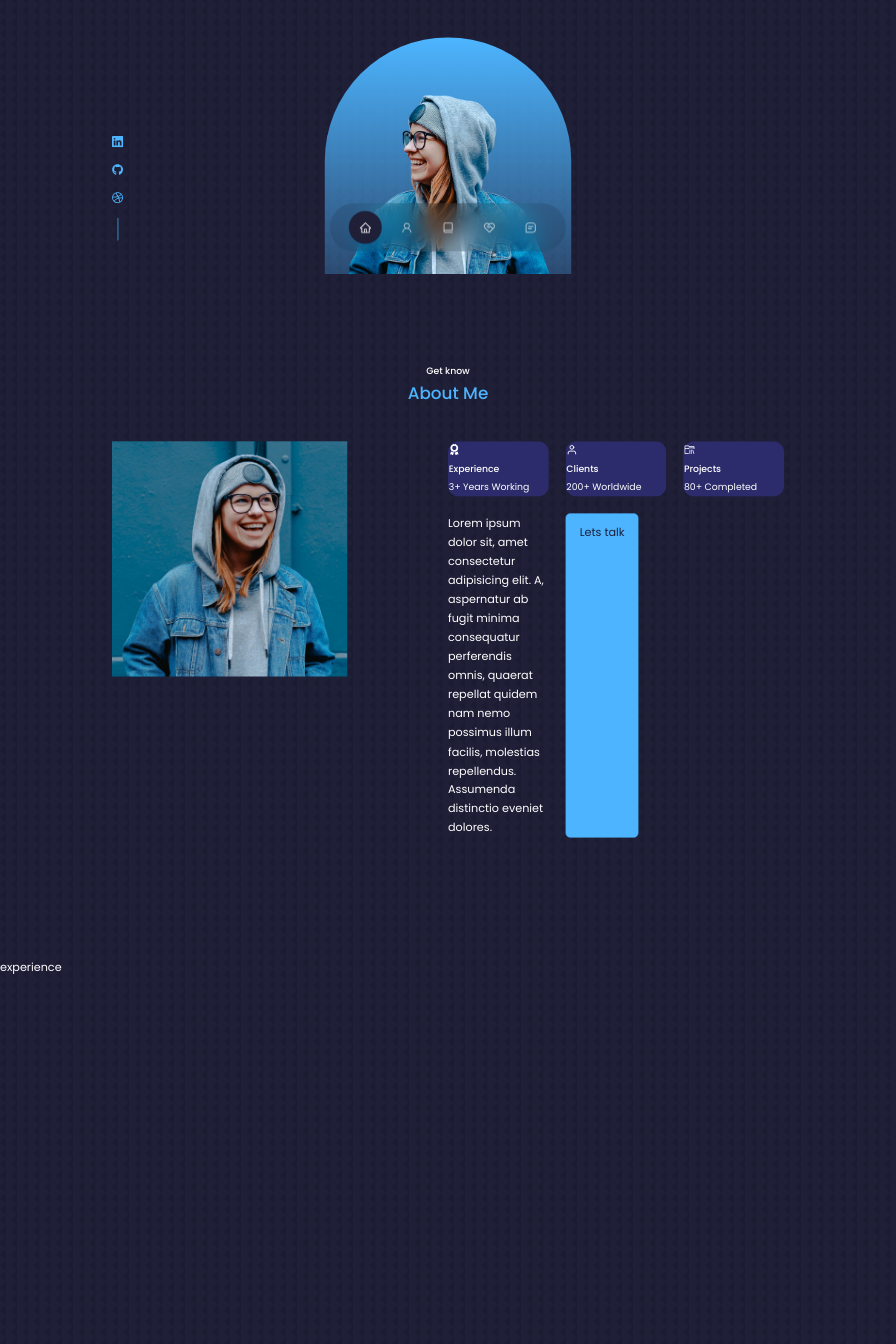
Repository: YuriSarmanho/Portifolio-
Page: / (app in portifolio/)
The author's editor kept a copy of each file at every save. The page is drawn from the files as they stood at one save, then again after a run of saves.
The browser window is 1280 px wide. The pictures show the part of the page from y = 329 to 2249 px (the page is 5835 px tall), at 70% of full size.
The project was rebuilt for these pictures with package versions that can differ from the ones it lists, and the page was loaded fresh each time. Also part of the build but not shown: portifolio/src/Components/Contact/Contact.css, portifolio/src/Components/Testimonials/Testimonials.css. Imported but missing from the stored project, and not drawn on this page: portifolio/src/assets/cv.pdf.

Above is the page before, as saved 2022-05-13 15:08:57.

### portifolio/public/index.html
<!DOCTYPE html>
<html lang="pt-br">
<head>
    <meta charset="UTF-8">
    <meta http-equiv="X-UA-Compatible" content="IE=edge">
    <meta name="viewport" content="width=device-width, initial-scale=1.0">
    <title>Yuri Sarmanho Monteiro</title>
</head>
<body>
    <div id="root"></div>
</body>
</html>

### portifolio/src/index.js
import ReactDOM from 'react-dom'
import App from './App'

ReactDOM.render(<App/>, document.querySelector("#root"))

### portifolio/src/App.jsx
import React from "react";
import './index.css'

import Header from "./Components/Header/Header";
import About from "./Components/About/About";
import Contact from "./Components/Contact/Contact";
import Experience from "./Components/Experience/Experience";
import Footer from "./Components/Footer/Footer";
import Nav from "./Components/Nav/Nav";
import Testimonials from "./Components/Testimonials/Testimonials";
import Service from "./Components/Service/Service";
import Portifolio from "./Components/Portifolio/Portifolio";



const App = () => {
  return (
    <>
      <Header />
      <Nav/>
      <About />
      <Experience/>
      <Service/>
      <Portifolio/>
      <Testimonials/>
      <Contact/>
      <Footer/>
    </>
  );
};

export default App;

### portifolio/src/index.css
@import url('https://fonts.googleapis.com/css2?family=Poppins:wght@300;400;500;600&display=swap');

* {
  margin: 0;
  padding: 0;
  border: 0;
  outline: 0;
  box-sizing: border-box;
  list-style: none;
  text-decoration: none;
}
:root {
  --color-bg: #1f1f38;
  --color-bg-variant: #2c2c6c;
  --color-primary: #4db5ff;
  --color-primary-variant: rgba(77, 181, 255, 0.4);
  --color-white: #fff;
  --color-light: rgba(255, 255, 255, 0.6);

  --transition: all 400ms ease;

  --container-width-lg: 75%;
  --container-width-md: 86%;
  --container-width-sm: 90%;
}
html {
  scroll-behavior: smooth;
}
::-webkit-scrollbar {
  display: none;
}

body {
  font-family: "Poppins", sans-serif;
  background-color: var(--color-bg);
  color: var(--color-white);
  line-height: 1.7;
  background-image: url(../src/assets/bg-texture.png);
}

.container {
  width: var(--container-width-lg);
  margin: 0 auto;
}

h1,
h2,
h3,
h4,
h5 {
  font-weight: 500;
}
h1 {
  font-size: 2.5rem;
}
section {
  margin-top: 8rem;
  height: 100vh;
}
section > h2,
section > h5 {
  text-align: center;
  color: var(--color-ligth);
}

section > h2 {
  color: var(--color-primary);
  margin-bottom: 3rem;
}

.text-light {
  color: var(--color-light);
}
a {
  color: var(--color-primary);
  transition: var(--transition);
}
a:hover{
    color: var(--color-white);
}
.btn{
    width: max-content;
    display: inline-block;
    color: var(--color-primary);
    padding: 0.75rem 1.2rem;
    border-radius: 0.4rem;
    cursor: pointer;
    border: 1px solid var(--color-primary);
    transition: var(--transition);
}

.btn:hover{
    background-color: var(--color-white);
    color: var(--color-bg);
    border: transparent;
}

.btn-primary{
    background-color: var(--color-primary);
    color: var(--color-bg);
}

img{
  display: block;
  width: 100%;
  object-fit: cover;
}

/*MEDIUM DEVICE*/
@media screen and (max-width:1024px){
    .container{
        width: var(--container-width-md);
    }
    section{
        margin-top: 6rem;
    }
}

/*SMALL DEVICE*/
@media screen and (max-width:600px){
    .container{
        width: var(--container-width-sm);
    }
    section > h2{
        margin-bottom: 2rem;
    }
}

### portifolio/src/Components/Header/Header.jsx
import React from 'react'
import CTA from './CTA'
import ME from '../../assets/me.png'
import HeaderSocials from './HeaderSocials'
import './Header.css'

const header = () => {
  return (
    <header>
      <div className="container header__container">
        <h5>Hello i'm</h5>
        <h1>Yuri Sarmanho Monteiro</h1>
        <h5 className="text-light">Frontend Developer</h5>
        <CTA />
        <HeaderSocials/>
        <div className="me">
          <img src={ME} alt="foto de perfil" />
        </div>
      </div>
    </header>
  )
}

export default header

### portifolio/src/Components/About/About.jsx
import React from "react";
import ME from "../../assets/me-about.jpg";
import { FaAward } from "react-icons/fa";
import { FiUser } from "react-icons/fi";
import { VscFolderLibrary } from "react-icons/vsc";
import "./About.css";

const About = () => {
  return (
    //refactor
    <section id="about">
      <h5>Get know</h5>
      <h2>About Me</h2>

      <div className="container about__container">
        <div className="about__me">
          <div className="about__me-image">
            <img src={ME} alt="minha foto" />
          </div>
        </div>

        <div className="about__content">
          <div className="about__cards">
            <article className="about__card">
              <FaAward className="about__icon" />
              <h5>Experience</h5>
              <small>3+ Years Working</small>
            </article>

            <article className="about__card">
              <FiUser className="about__icon" />
              <h5>Clients</h5>
              <small>200+ Worldwide</small>
            </article>

            <article className="about__card">
              <VscFolderLibrary className="about__icon" />
              <h5>Projects</h5>
              <small>80+ Completed</small>
            </article>
            <p>
              Lorem ipsum dolor sit, amet consectetur adipisicing elit. A,
              aspernatur ab fugit minima consequatur perferendis omnis, quaerat
              repellat quidem nam nemo possimus illum facilis, molestias
              repellendus. Assumenda distinctio eveniet dolores.
            </p>
            <a href="#contact" className="btn btn-primary">
              Lets talk
            </a>
          </div>
        </div>
      </div>
    </section>
  );
};

export default About;

### portifolio/src/Components/Contact/Contact.jsx
import React from 'react'
import './Contact.css'
const Contact = () => {
  return (
    <section id='contact'>Contact</section>
  )
}

export default Contact

### portifolio/src/Components/Experience/Experience.jsx
import React from 'react'

const experience = () => {
  return (
    <section id='experience'>experience</section>
  )
}

export default experience

### portifolio/src/Components/Nav/Nav.jsx
import React, { useState } from "react";
import { AiOutlineHome } from "react-icons/ai";
import { AiOutlineUser } from "react-icons/ai";
import { BiBookAlt } from "react-icons/bi";
import { RiServiceLine } from "react-icons/ri";
import { BiMessageSquareDetail } from "react-icons/bi";
import "./Nav.css";

const Nav = () => {
  const [activeNav, setActiveNav] = useState("#");
  //Refatorar essa parte dps que acabar o projeto
  return (
    <nav>
      <a
        href="#"
        onClick={() => setActiveNav("#")}
        className={activeNav === "#" ? "active" : ""}
      >
        <AiOutlineHome />
      </a>
      <a
        href="#about"
        onClick={() => setActiveNav("#about")}
        className={activeNav === "#about" ? "active" : ""}
      >
        <AiOutlineUser />
      </a>
      <a
        href="#experience"
        onClick={() => setActiveNav("#experience")}
        className={activeNav === "#experience" ? "active" : ""}
      >
        <BiBookAlt />
      </a>
      <a
        href="#service"
        onClick={() => setActiveNav("#service")}
        className={activeNav === "#service" ? "active" : ""}
      >
        <RiServiceLine />
      </a>
      <a
        href="#contact"
        onClick={() => setActiveNav("#contact")}
        className={activeNav === "#contact" ? "active" : ""}
      >
        <BiMessageSquareDetail />
      </a>
    </nav>
  );
};

export default Nav;

### portifolio/src/Components/Testimonials/Testimonials.jsx
import React from 'react'
import './Testimonials.css'
const Testimonials = () => {
  return (
    <section id='testimonials'>Testimonials</section>
  )
}

export default Testimonials

### portifolio/src/Components/Service/Service.jsx
import React from 'react'

const Service = () => {
  return (
    <section id='service'>Service</section>
  )
}

export default Service

### portifolio/src/Components/Portifolio/Portifolio.jsx
import React from 'react'
import './Portifolio.css'
const Portifolio = () => {
  return (
    <section>Portifolio</section>
  )
}

export default Portifolio

### portifolio/src/Components/Header/CTA.jsx
import React from 'react'
import CV from '../../assets/cv.pdf'
const CTA = () => {
  return (
    <div className="cta">
        <a href={CV} download className='btn'>Download CV</a>
        <a href='#contact' className='btn btn-primary'>Lest's Talk</a>
    </div>
  )
}

export default CTA

### portifolio/src/Components/Header/HeaderSocials.jsx
import React from 'react'
import {BsLinkedin} from 'react-icons/bs'
import {FaGithub} from 'react-icons/fa'
import {FaDribbble} from 'react-icons/fa'
import './Header.css'

const HeaderSocials  = () => {
  return (
      <div className="header__socials">
          <a href="http://linkedin.com" target="_blank"><BsLinkedin/></a>
          <a href="http://github.com" target="_blank"><FaGithub/></a>
          <a href="http://dribbble.com" target="_blank"><FaDribbble/></a>
      </div>
  )
}

export default HeaderSocials

### portifolio/src/Components/Header/Header.css
header {
  height: 100vh;
  padding-top: 7rem;
  overflow: hidden;
}

.header__container {
  text-align: center;
  height: 100%;
  position: relative;
}

.cta {
  margin-top: 2.5rem;
  display: flex;
  gap: 1.2rem;
  justify-content: center;
}
.header__socials {
  display: flex;
  flex-direction: column;
  align-items: center;
  gap: 0.8rem;
  position: absolute;
  left: 0;
  bottom: 3rem;
}

.header__socials::after {
  content: "";
  width: 1px;
  height: 2rem;
  background-color: var(--color-primary);
}

.me {
  background: linear-gradient(var(--color-primary), transparent);
  width: 22rem;
  height: 30rem;
  position: absolute;
  left: calc(50% - 11rem);
  margin-top: 4rem;
  border-radius: 12rem 12rem 0 0;
  overflow: hidden;
  padding: 5rem 1.5rem 1.5rem 1.5rem;
}

.scroll__down {
  position: absolute;
  right: -2.3rem;
  bottom: 5rem;
  transform: rotate(90deg);
  font-weight: 300;
  font-size: 0.9rem;
}

/*MEDIUM DEVICE*/
@media screen and (max-width: 1024px) {
  header {
    height: 68vh;
  }
}

/*SMALL DEVICE*/
@media screen and (max-width: 600px) {
  header {
    height: 100vh;
  }
  .header__socials,
  .scroll__down {
    display: none;
  }
}

### portifolio/src/Components/About/About.css
.about__container {
  display: grid;
  grid-template-columns: 35% 50%;
  gap: 15%;
}

.about__me {
  width: 100%;
  aspect-ratio: 1/1;
  border-radius: 2rem;
  background: linear-gradient(
    45deg,
    transparent,
    var(--color-primary),
    transparent
  );
  display: grid;
  place-content: center;
}

.aboutme__me-image {
  border-radius: 2rem;
  overflow: hidden;
  transform: rotate(10deg);
  transition: var(--transition);
}

.about__me-image:hover {
  transform: rotate(0);
}
.about__cards {
  display: grid;
  grid-template-columns: repeat(3, 1fr);
  gap: 1.5rem;
}

.about__card {
    background: var(--color-bg-variant);
    border: 1px solid transparent;
    border-radius: 1rem;
    padding: ;
}

### portifolio/src/Components/Nav/Nav.css
nav {
  background-color: rgba(0, 0, 0, 0.1);
  width: max-content;
  display: block;
  padding: 0.7rem 1.7rem;
  z-index: 2;
  position: fixed;
  left: 50%;
  transform: translate(-50%);
  bottom: 2rem;
  display: flex;
  gap: 0.8rem;
  border-radius: 3rem;
  backdrop-filter: blur(15px);
}

nav a {
  background: transparent;
  padding: 0.9rem;
  border-radius: 50%;
  display: flex;
  color: var(--color-light);
  font-size: 1.1rem;
}

nav a:hover {
  background-color: rgba(0, 0, 0, 0.3);
}

nav a.active {
  background: var(--color-bg);
  color: var(--color-white);
}

Loaded but not shown: portifolio/src/Components/Footer/Footer.jsx (common file); portifolio/src/Components/Portifolio/Portifolio.css (no stored copy; drawn as an empty file)

After the next 2 saves:
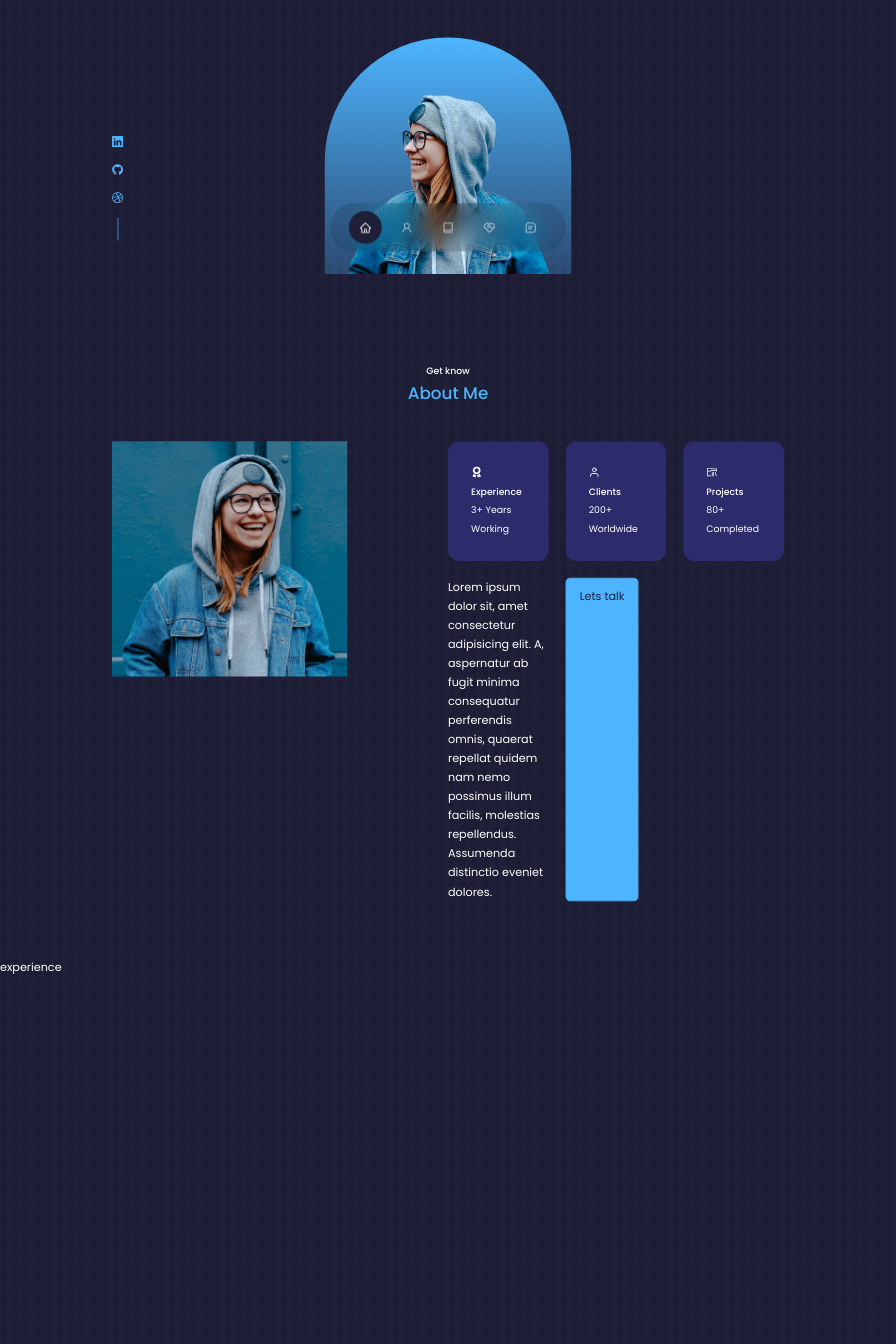
The 2 saves are shown as one change because they came seconds apart.
The last was saved 6 s later.
--- a/portifolio/src/Components/About/About.css
+++ b/portifolio/src/Components/About/About.css
@@ -38,5 +38,5 @@
     background: var(--color-bg-variant);
     border: 1px solid transparent;
     border-radius: 1rem;
-    padding: ;
+    padding: 2rem;
 }
